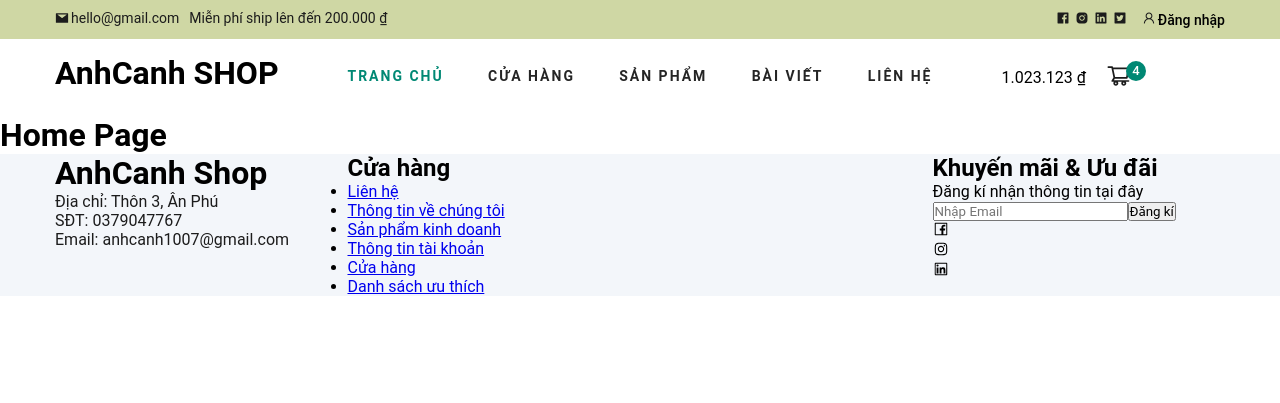
Repository: anhcanh1007/show_product
Page: /
These files come from the project's save history. The page is drawn as it stood at one moment and after a run of saves; the edit follows.
The browser window is 1280 px wide. The pictures show the whole page.
The project was rebuilt for these pictures with package versions that can differ from the ones it lists, and the page was loaded fresh each time. Imported but missing from the stored project, and not drawn on this page: src/pages/user/profilePage.

Above is the page before, as saved 2024-01-26 22:59:27.

### src/index.js
import React from "react";
import ReactDOM from "react-dom/client";
import { BrowserRouter } from "react-router-dom";
import RouterCustom from "./router";
import "./style/style.scss";

const root = ReactDOM.createRoot(document.getElementById("root"));
root.render(
  <BrowserRouter>
    <RouterCustom />
  </BrowserRouter>
);

// If you want to start measuring performance in your app, pass a function
// to log results (for example: reportWebVitals(console.log))
// or send to an analytics endpoint. Learn more: https://bit.ly/CRA-vitals

### src/router.js
import { ROUTERS } from "./utils/router";
import HomePage from "./pages/user/homePage";
import ProfilePage from "./pages/user/profilePage";
import { Route, Routes } from "react-router-dom";
import MasterLayout from "./pages/user/theme/masterLayout";

const renderUserRouter = () => {
  const userRouters = [
    {
      path: ROUTERS.USER.HOME,
      component: <HomePage />,
    },
    {
      path: ROUTERS.USER.PROFILE,
      component: <ProfilePage />,
    },
  ];

  return (
    <MasterLayout>
      <Routes>
        {userRouters.map((item, key) => (
          <Route key={key} path={item.path} element={item.component} />
        ))}
      </Routes>
    </MasterLayout>
  );
};

const RouterCustom = () => {
  return renderUserRouter();
};

export default RouterCustom;

### src/style/style.scss
@import './pages/all';
@import './pages/responsive';

### src/utils/router.js
export const ROUTERS = {
  USER: {
    HOME: "",
    PROFILE: "thong-tin-ca-nhan",
  },
};

### src/pages/user/homePage/index.js
import { memo } from "react";

const HomePage = () => {
  return <h1>Home Page</h1>;
};

export default memo(HomePage);

### src/pages/user/theme/masterLayout/index.js
import { memo } from "react";
import Header from "../header";
import Footer from "../footer";

const MasterLayout = ({ children, ...props }) => {
  return (
    <div {...props}>
      <Header />
      {children}
      <Footer />
    </div>
  );
};

export default memo(MasterLayout);

### src/style/pages/_all.scss
@use "sass:map";
@import './theme';
@import './responsive';

html, body {
    margin: 0;
}

* {
    font-family: Roboto;
    padding: 0;
    margin: 0;
}

.container {
    max-width: 1170px;
    width: 100%;
    padding-left: 15px;
    padding-right: 15px;
    // background: map.get($theme-colors, "main");
    margin: auto;
}

.row {
    display: flex;
    flex-wrap: wrap;
}

.col-6 {
    flex: 0 0 50%;
    max-width: 50%;
}

.col-lg-3 {
    flex: 0 0 25%;
    max-width: 25%;
}

.col-lg-6 {
    flex: 0 0 50%;
    max-width: 50%;
}

@include Responsive($DESTOP) {
    .col-xl-3 {
        flex: 0 0 25%;
        max-width: 25%;
    }
    .col-xl-6 {
        flex: 0 0 50%;
        max-width: 50%;
    }
}

@include Responsive($MEDIUM_DEVICE) {
    .col-lg-3 {
        flex: 0 0 25%;
        max-width: 25%;
        background: red;
    }
}

### src/style/pages/_theme.scss
$theme-colors : (
    "main" : #008874,
    "normal_text": #1c1c1c,
    "bold_text": #252525,
)

### src/style/pages/_responsive.scss
$DESTOP: "DESTOP";
$MEDIUM_DEVICE: "MEDIUM_DEVICE";
$TABLE_DEVICE: "TABLE_DEVICE";
$WIDE_MOBILE: "WIDE_MOBILE";
$SMALL_DEVICES: "SMALL_DEVICES";

@mixin Responsive($canvas) {
    @if $canvas == $DESTOP {
        @media only screen and (min-width: 1200px){
            @content;
        }
    } @else if $canvas == $MEDIUM_DEVICE {
        @media only screen and (min-width: 992px) and (max-width: 1199px){
            @content;
        }
    } @else if $canvas == $TABLE_DEVICE {
        @media only screen and (min-width: 768px) and (max-width: 991px){
            @content;
        }
    } @else if $canvas == $WIDE_MOBILE {
        @media only screen and (max-width: 767px){
            @content;
        }
    } @else if $canvas == $MEDIUM_DEVICE {
        @media only screen and (max-width: 575px){
            @content;
        }
    }
}

### src/pages/user/theme/header/index.js
import { memo, useState } from "react";
import {
  AiFillFacebook,
  AiFillInstagram,
  AiFillLinkedin,
  AiFillMail,
  AiFillTwitterSquare,
  AiOutlineShoppingCart,
  AiOutlineUser,
} from "react-icons/ai";
import "./style.scss";
import { Link } from "react-router-dom";
import { formater } from "utils/formater";
import { ROUTERS } from "utils/router";

const Header = () => {
  const [menus, setMenus] = useState([
    {
      name: "Trang chủ",
      path: ROUTERS.USER.HOME,
    },
    {
      name: "Cửa hàng",
      path: ROUTERS.USER.HOME,
    },
    {
      name: "Sản phẩm",
      path: "",
      isShowSubmenu: false,
      child: [
        {
          name: "Thịt",
          path: "",
        },
        {
          name: "Rau củ",
          path: "",
        },
        {
          name: "Thức ăn nhanh",
          path: "",
        },
      ],
    },
    {
      name: "Bài viết",
      path: ROUTERS.USER.HOME,
    },
    {
      name: "Liên hệ",
      path: ROUTERS.USER.HOME,
    },
  ]);
  return (
    <>
      <div className="header__top">
        <div className="container">
          <div className="row">
            <div className="col-6 header__top_left">
              <ul>
                <li>
                  <AiFillMail />
                  <span>hello@gmail.com</span>
                </li>
                <li>Miễn phí ship lên đến {formater(200000)}</li>
              </ul>
            </div>
            <div className="col-6 header__top_right">
              <ul>
                <li>
                  <Link to={""}>
                    <AiFillFacebook />
                  </Link>
                </li>
                <li>
                  <Link to={""}>
                    <AiFillInstagram />
                  </Link>
                </li>
                <li>
                  <Link to={""}>
                    <AiFillLinkedin />
                  </Link>
                </li>
                <li>
                  <Link to={""}>
                    <AiFillTwitterSquare />
                  </Link>
                </li>
                <li>
                  <Link to={""}>
                    <AiOutlineUser />
                  </Link>
                  <span>Đăng nhập</span>
                </li>
              </ul>
            </div>
          </div>
        </div>
      </div>
      <div className="container">
        <div className="row">
          <div className="col-xl-3">
            <div className="header__logo">
              <h1>AnhCanh SHOP</h1>
            </div>
          </div>
          <div className="col-xl-6">
            <nav className="header__menu">
              <ul>
                {menus?.map((menu, menuKey) => (
                  <li key={menuKey} className={menuKey === 0 ? "active" : ""}>
                    <Link to={menu.path}>{menu.name}</Link>
                    {menu.child && (
                      <ul className="header__menu_dropdown">
                        {menu.child.map((childItem, childKey) => (
                          <li key={`${menuKey}-${childKey}`}>
                            <Link to={childItem.path}>{childItem.name}</Link>
                          </li>
                        ))}
                      </ul>
                    )}
                  </li>
                ))}
              </ul>
            </nav>
          </div>
          <div className="col-xl-3">
            <div className="header__cart">
              <div className="header__cart_price">
                <span>{formater(1023123)}</span>
              </div>
              <ul>
                <li>
                  <Link to="#">
                    <AiOutlineShoppingCart /> <span>4</span>
                  </Link>
                </li>
              </ul>
            </div>
          </div>
        </div>
      </div>
    </>
  );
};

export default memo(Header);

### src/pages/user/theme/footer/index.js
import { memo } from "react";
import "./style.scss";
import { Link } from "react-router-dom";
import {
  AiOutlineFacebook,
  AiOutlineInstagram,
  AiOutlineLinkedin,
} from "react-icons/ai";

const Footer = () => {
  return (
    <>
      <footer className="footer">
        <div className="container">
          <div className="row">
            <div className="col-lg-3">
              <div className="footer__about">
                <h1 className="footer__about_logo">AnhCanh Shop</h1>
                <ul>
                  <li>Địa chỉ: Thôn 3, Ân Phú</li>
                  <li>SĐT: 0379047767</li>
                  <li>Email: anhcanh1007@gmail.com</li>
                </ul>
              </div>
            </div>
            <div className="col-lg-6">
              <div className="footer__widget">
                <h2>Cửa hàng</h2>
                <ul>
                  <li>
                    <Link to="">Liên hệ</Link>
                  </li>
                  <li>
                    <Link to="">Thông tin về chúng tôi</Link>
                  </li>
                  <li>
                    <Link to="">Sản phẩm kinh doanh</Link>
                  </li>
                </ul>
                <ul>
                  <li>
                    <Link to="">Thông tin tài khoản</Link>
                  </li>
                  <li>
                    <Link to="">Cửa hàng</Link>
                  </li>
                  <li>
                    <Link to="">Danh sách ưu thích</Link>
                  </li>
                </ul>
              </div>
            </div>
            <div className="col-lg-3">
              <div className="footer__widget">
                <h2>Khuyến mãi & Ưu đãi</h2>
                <p>Đăng kí nhận thông tin tại đây</p>
                <form action="#">
                  <div>
                    <input type="text" placeholder="Nhập Email" />
                    <button type="submit" className="submit-button">
                      Đăng kí
                    </button>
                  </div>
                  <div>
                    <div>
                      <AiOutlineFacebook />
                    </div>
                    <div>
                      <AiOutlineInstagram />
                    </div>
                    <div>
                      <AiOutlineLinkedin />
                    </div>
                  </div>
                </form>
              </div>
            </div>
          </div>
        </div>
      </footer>
    </>
  );
};

export default memo(Footer);

### src/pages/user/theme/header/style.scss
@use "sass:map";
@import 'style/pages/_theme.scss';
.header__top{
    background-color: #CFD7A4;
}

.header__top_left {
    padding: 10px 0 10px;
    ul {
        display: flex;
        align-items: center;
        column-gap: 10px;
        list-style: none;

        li{
            font-size: 14px;
            color: map.get($theme-colors, "normal_text");
            display: flex;
            align-items: center;
            column-gap: 2px;
        }
    }
}

.header__top_right {
    display: flex;
    justify-content: flex-end;
    padding: 10px 0 10px;
    align-items: center;

    ul {
        display: flex;
        column-gap: 5px;
        list-style: none;

        li:last-child{
            margin-left: 10px;

            span {
                font-size: 14px;
                margin-left: 2px;
                font-weight: 500;
            }
        }

        a {
            font-size: 14px;
            display: inline-block;
            color: map.get($theme-colors, "normal_text");
        }
    }
}

.header__logo {
    padding: 15px 0;
}

.header__menu {
    padding: 24px 0;

    ul {
        display: flex;
        justify-content: space-between;

        li {
            list-style: none;

            a {
                text-decoration: none;
                font-size: 14px;
                color: map.get($theme-colors, 'bold_text');
                font-weight: bold;
                text-transform: uppercase;
                letter-spacing: 2px;
                transition: all 0.3s;
                padding: 5px 0;
                display: block;
            }
        }

        li:hover .header__menu_dropdown {
            opacity: 1;
            visibility: visible;
        }

        .active a{
            color: map.get($theme-colors, 'main');
        }

        .header__menu_dropdown {
            background-color: #222222;
            display: block;
            position: absolute;
            width: 180px;
            z-index: 9;
            padding: 5px 0;
            transition: all, 0.3s;
            opacity: 0;
            visibility: hidden;

            a{
                text-transform: capitalize;
                color: #ffffff;
                font-weight: 400;
                padding: 5px 15px;
            }

            :hover {
                color: map.get($theme-colors, 'main');
            }
        }
    }
}

.header__cart {
    display: flex;
    justify-content: center;
    align-items: center;
    padding: 24px 0;

    ul {
        display: flex;
        margin-right: 25px;

        li {
            list-style: none;
            position: relative;
            margin-left: 20px;

            svg {
                font-size: 25px;
                color: map.get($theme-colors, "normal_text");
            }

            span {
                color: white;
                background-color: map.get($theme-colors, "main");
                position: absolute;
                height: 20px;
                width: 20px;
                border-radius: 40px;
                display: inline-block;
                text-align: center;
                line-height: 20px;
                font-size: 13px;
                font-weight: 500;
                left: 20px;
                top: -2px;
            }
        }
    }

}

### src/utils/formater.js
export const formater = (number) => {
  return new Intl.NumberFormat("vi-VN", {
    style: "currency",
    currency: "VND",
  }).format(number);
};

### src/pages/user/theme/footer/style.scss
@use "sass:map";
@import 'style/pages/_theme.scss';

.footer {
    background: #F3F6FA;
    .footer__about {


        .footer__about_logo {

        }

        ul {

            li {
                list-style: none;
                color: map.get($theme-colors, 'normal_text');
            }
        }
    }
}

Loaded but not shown: public/index.html (common file)

After the next 3 saves:
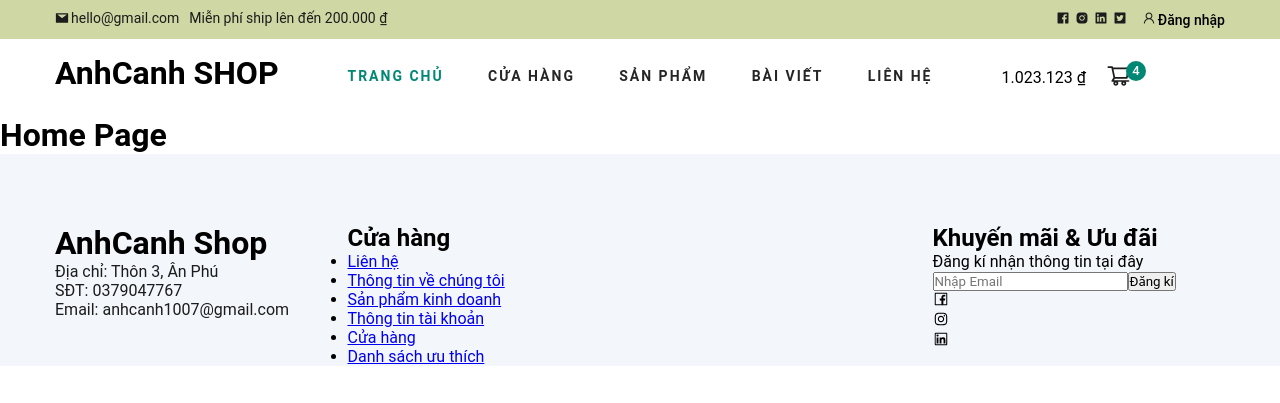
The 3 saves are shown as one change because they came seconds apart.
The last was saved 9 s later.
--- a/src/pages/user/theme/footer/style.scss
+++ b/src/pages/user/theme/footer/style.scss
@@ -3,6 +3,7 @@
 
 .footer {
     background: #F3F6FA;
+    padding-top: 70px;
     .footer__about {
 
 
